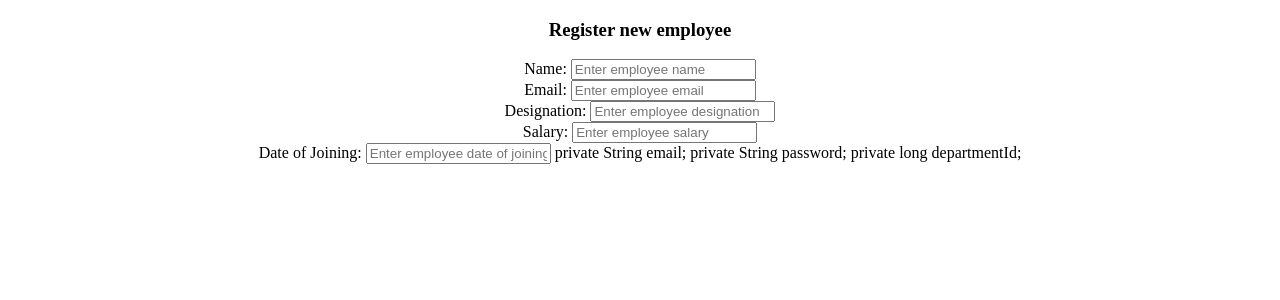
Repository: ArmanAli-cmd/EmployeeProjectDepartmentApplication
Page: http://localhost/EmployeeProjectDepartmentMVCApplication/views/employee-signup.jsp
The author's editor kept a copy of each file at every save. The page is drawn from the files as they stood at one save, then again after the next save.
The browser window is 1280 px wide. The pictures show the whole page.
The page is served by Tomcat 9.

Above is the page before, as saved 2024-01-17 10:24:54.

After the next save:
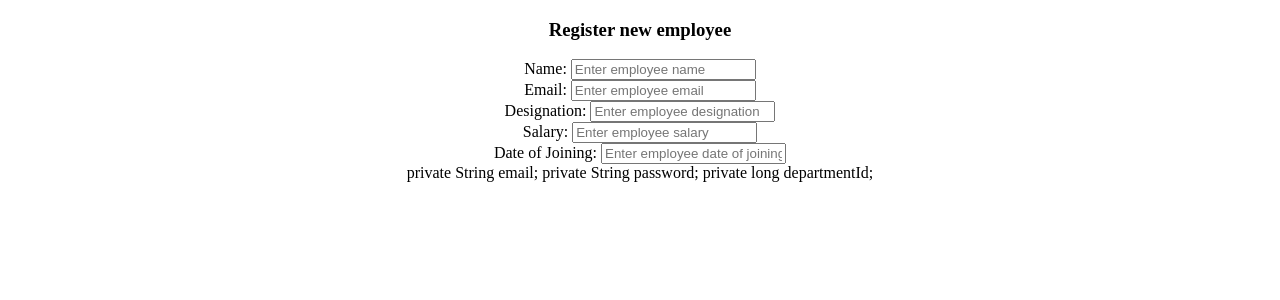
Saved 10 s later.
--- a/EmployeeProjectDepartmentMVCApplication/src/main/webapp/views/employee-signup.jsp
+++ b/EmployeeProjectDepartmentMVCApplication/src/main/webapp/views/employee-signup.jsp
@@ -13,7 +13,7 @@ Name: <input type="text" name="name" placeholder="Enter employee name" required>
 Email: <input type="text" name="email" placeholder="Enter employee email" required><br>
 Designation: <input type="text" name="designation" placeholder="Enter employee designation" required><br>
 Salary: <input type="text" name="salary" placeholder="Enter employee salary" required="required"><br>
-Date of Joining: <input type="text" name="doj" placeholder="Enter employee date of joining">
+Date of Joining: <input type="text" name="doj" placeholder="Enter employee date of joining" required><br>
 	private String email;
 	private String password;
 	private long departmentId;
